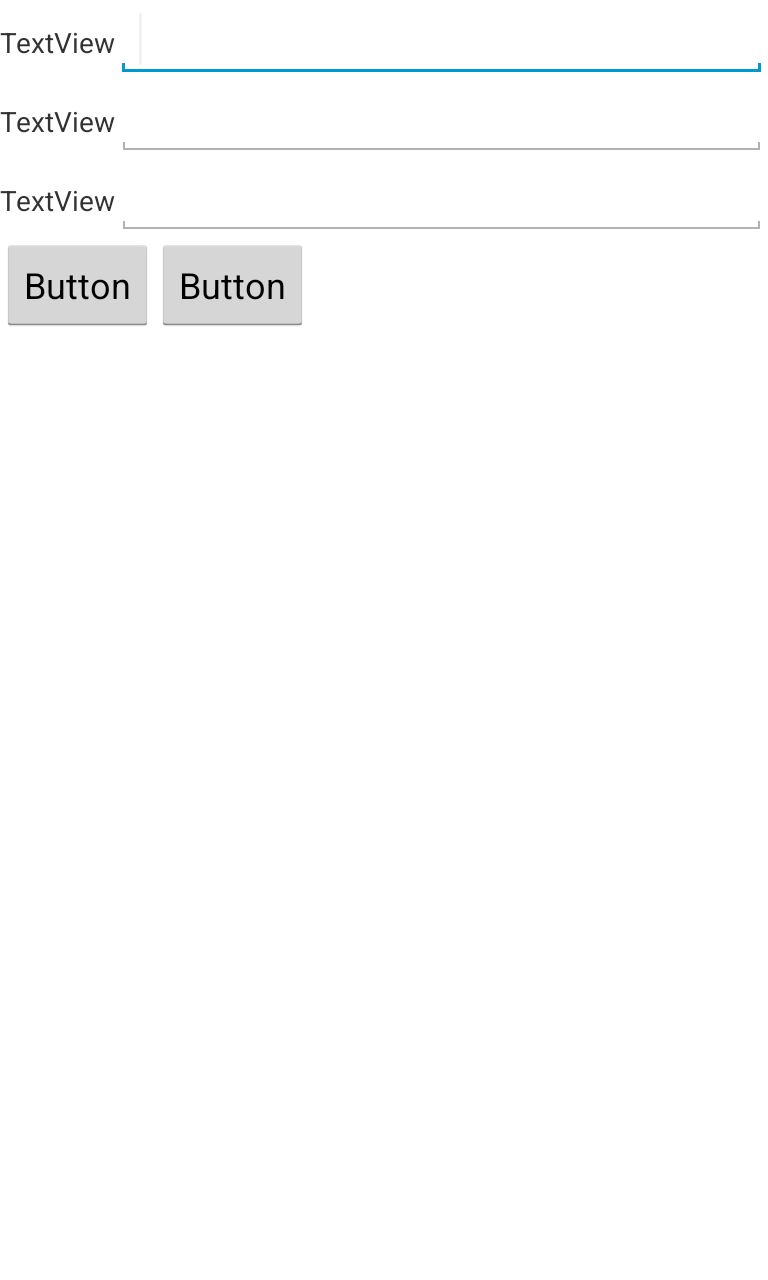
Repository: OnionLord/BurgerWIKI
Layout: burgerDicApp/BurgerDictionary/res/layout/burgerregister.xml
The author's editor kept a copy of each file at every save. The layout is drawn from the files as they stood at one save, then again after the next save.
It is drawn on a 768 x 1280 px phone screen (xhdpi) without system bars, with theme AppTheme; the app's code is not run.

Above is the layout before, as saved 2014-11-06 12:36:33.

After the next save:
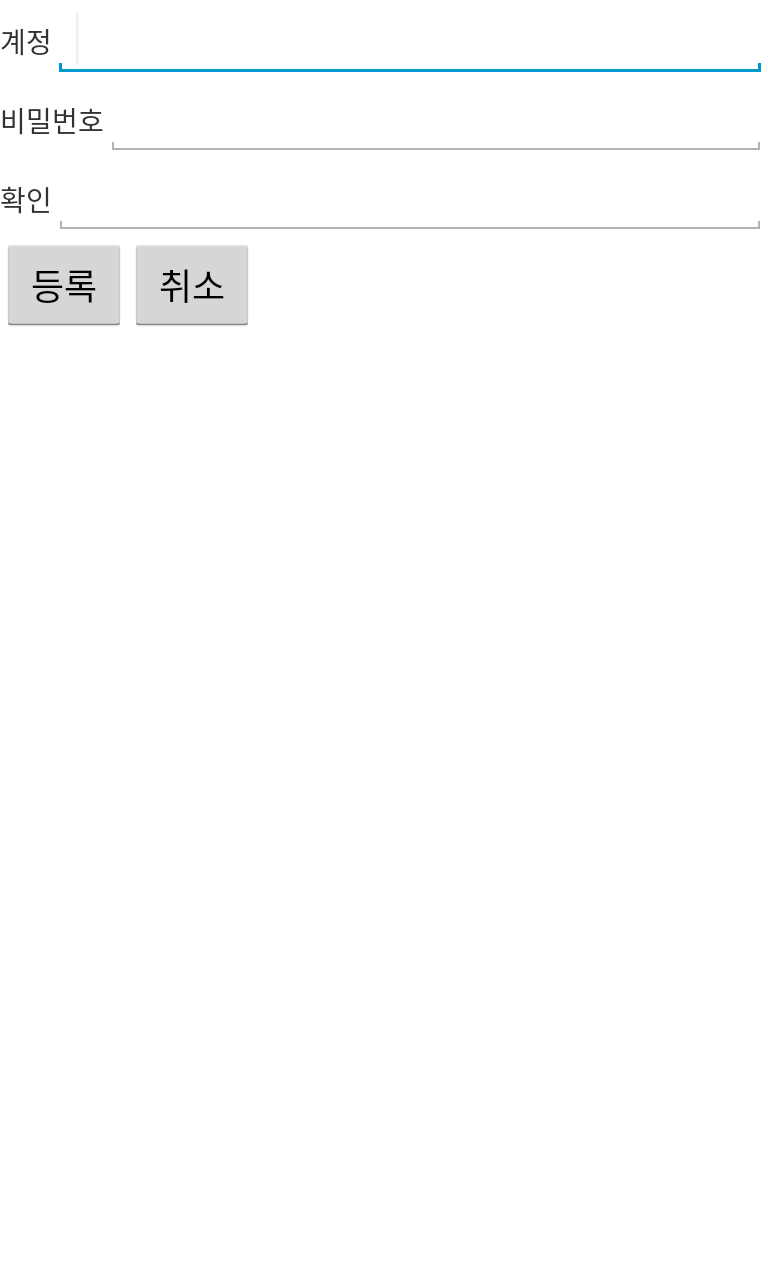
Saved 45 s later.
--- a/burgerDicApp/BurgerDictionary/res/layout/burgerregister.xml
+++ b/burgerDicApp/BurgerDictionary/res/layout/burgerregister.xml
@@ -11,7 +11,7 @@
             android:id="@+id/textView1"
             android:layout_width="wrap_content"
             android:layout_height="wrap_content"
-            android:text="TextView" />
+            android:text="계정" />
 
         <EditText
             android:id="@+id/editText1"
@@ -33,7 +33,7 @@
             android:id="@+id/textView2"
             android:layout_width="wrap_content"
             android:layout_height="wrap_content"
-            android:text="TextView" />
+            android:text="비밀번호" />
 
         <EditText
             android:id="@+id/editText2"
@@ -52,7 +52,7 @@
             android:id="@+id/textView3"
             android:layout_width="wrap_content"
             android:layout_height="wrap_content"
-            android:text="TextView" />
+            android:text="확인" />
 
         <EditText
             android:id="@+id/editText3"
@@ -69,16 +69,16 @@
         >
 
         <Button
-            android:id="@+id/button2"
+            android:id="@+id/reg_btn1"
             android:layout_width="wrap_content"
             android:layout_height="wrap_content"
-            android:text="Button" />
+            android:text="등록" />
 
         <Button
-            android:id="@+id/button1"
+            android:id="@+id/reg_btn2"
             android:layout_width="wrap_content"
             android:layout_height="wrap_content"
-            android:text="Button" />
+            android:text="취소" />
 
     </LinearLayout>
 
